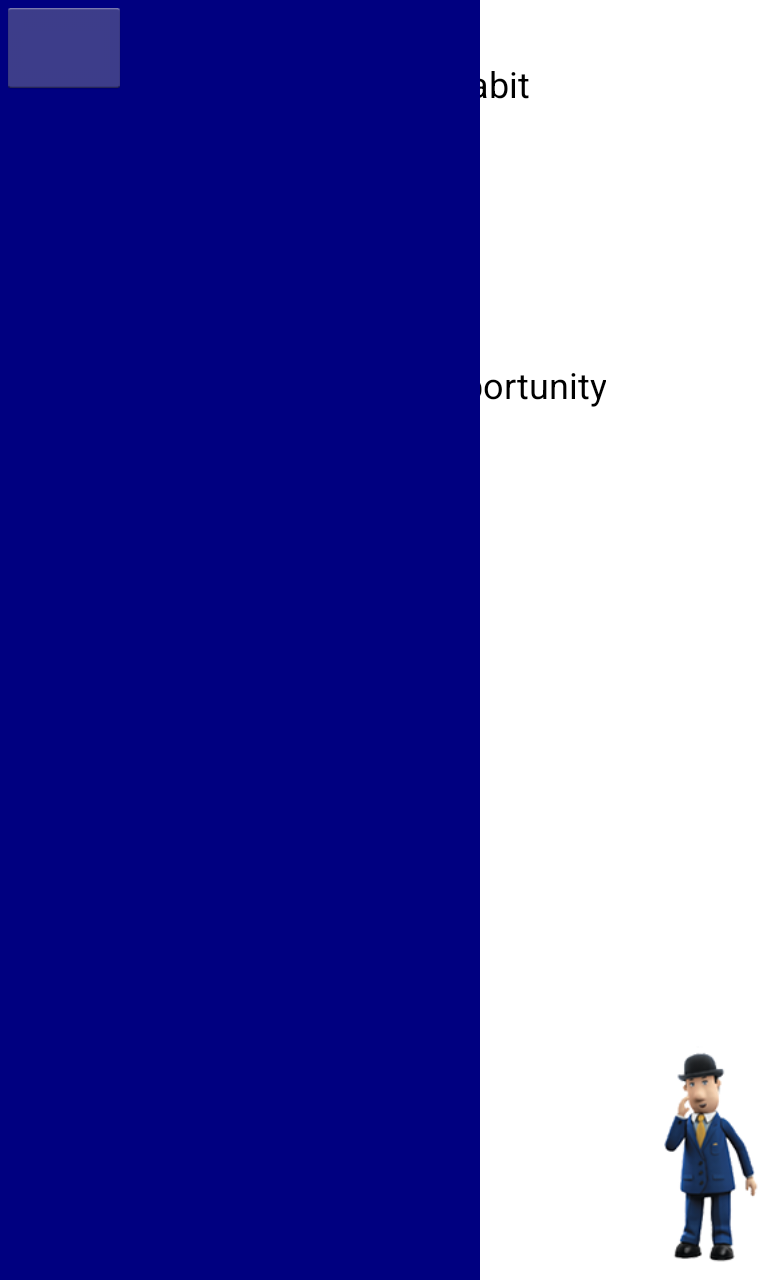
Repository: derek-zhan/RBCPrototypeChallenge
Layout: RBCPrototype/res/layout/activity_menu.xml
These files come from the project's save history. The layout is drawn as it stood at one moment and after the next save; the edit follows.
It is drawn on a 768 x 1280 px phone screen (xhdpi) without system bars, with theme AppTheme; the app's code is not run. Lists and similar views that code fills are empty.

Above is the layout before, as saved 2014-06-03 21:55:04.

### RBCPrototype/res/layout/activity_menu.xml
<android.support.v4.widget.DrawerLayout xmlns:android="http://schemas.android.com/apk/res/android"
    android:id="@+id/drawer_layout"
    android:layout_width="match_parent"
    android:layout_height="match_parent" >



    <RelativeLayout
       xmlns:tools="http://schemas.android.com/tools"
       android:layout_width="match_parent"
       android:layout_height="match_parent"
       android:id="@+id/menu_relative_layout"
    >
    	<Button
    		android:id="@+id/analyzing_button"
    		android:layout_marginLeft="50dp"
    		android:layout_marginTop="10dp"
    		android:layout_width="wrap_content"
    		android:layout_height="wrap_content"
    		android:layout_alignParentLeft="true"
    		android:drawableLeft="@drawable/icon_analyzing"
    		android:background="@null"
    		android:text="@string/analyzing_button_text"/>
    	<Button
    		android:id="@+id/cashflow_button"
    		android:layout_marginLeft="50dp"
    		android:layout_marginTop="10dp"
    		android:layout_width="wrap_content"
    		android:layout_height="wrap_content"
    		android:layout_below="@id/analyzing_button"
    		android:layout_alignParentLeft="true"
    		android:drawableLeft="@drawable/icon_cashflow"
    		android:background="@null"
    		android:text="@string/cashflow_button_text"/>
    	<Button
    		android:id="@+id/expenses_button"
    		android:layout_marginLeft="50dp"
    		android:layout_marginTop="10dp"
    		android:layout_width="wrap_content"
    		android:layout_height="wrap_content"
    		android:layout_below="@id/cashflow_button"
    		android:layout_alignParentLeft="true"
    		android:drawableLeft="@drawable/icon_expenses"
    		android:background="@null"
    		android:text="@string/expenses_button_text"/>
    	<Button
    		android:id="@+id/suggestions_button"
    		android:layout_marginLeft="50dp"
    		android:layout_marginTop="10dp"
    		android:layout_width="wrap_content"
    		android:layout_height="wrap_content"
    		android:layout_below="@id/expenses_button"
    		android:layout_alignParentLeft="true"
    		android:drawableLeft="@drawable/icon_suggestions"
    		android:background="@null"
    		android:text="@string/suggestions_button_text"/>
    	<ImageButton
        android:id="@+id/rbc_man"
        android:layout_width="wrap_content"
        android:layout_height="wrap_content"
        android:layout_alignParentRight="true"
        android:layout_alignParentBottom="true"
        android:src="@drawable/whisper_arbie"
        android:background="@null"/>


    </RelativeLayout>
    <FrameLayout
        android:id="@+id/content_frame"
        android:layout_width="match_parent"
        android:layout_height="match_parent" />

    <RelativeLayout
        android:layout_width="match_parent"
        android:layout_height="match_parent"
        >

    <ListView
        android:id="@+id/left_drawer"
        android:layout_width="240dp"
        android:layout_height="match_parent"
        android:layout_gravity="start"
        android:background="@color/navy"
        android:choiceMode="singleChoice"
        android:divider="@android:color/transparent"
        android:dividerHeight="0dp" />

    <Button
        android:layout_width="wrap_content"
        android:layout_height="wrap_content"
    />

    </RelativeLayout>

</android.support.v4.widget.DrawerLayout>

### RBCPrototype/res/values/strings.xml
<?xml version="1.0" encoding="utf-8"?>
<resources>

    <string name="app_name">RBCPrototype</string>
    <string name="hello_world">Hello world!</string>
    <string name="action_settings">Settings</string>
    <string name="title_activity_main">MainActivity</string>
    <string name="app_id">487693571361090</string>
    <string name="title_activity_menu">Pages</string>
    <string name="analyzing_button_text">My Spending Habit</string>
    <string name="cashflow_button_text">Cash Flow</string>
    <string name="expenses_button_text">Investment Opportunity</string>
    <string name="suggestions_button_text">Others</string>


    <string-array name="navigation_drawer_items_array">
        <item>Pages</item>
        <item>My Spending Habit</item>
        <item>Cash Flow</item>
        <item>Investment Oppoturnity</item>
    </string-array>

    <string name="title_section1">Section 1</string>
    <string name="title_section2">Section 2</string>
    <string name="title_section3">Section 3</string>
    <string name="drawer_open">Open navigation drawer</string>
    <string name="drawer_close">Close navigation drawer</string>
    <string name="action_example">Example action</string>

</resources>

### RBCPrototype/res/values/color.xml
<?xml version="1.0" encoding="utf-8"?>
<resources>

 <color name="white">#FFFFFF</color>
 <color name="yellow">#FFFF00</color>
 <color name="fuchsia">#FF00FF</color>
 <color name="red">#FF0000</color>
 <color name="silver">#C0C0C0</color>
 <color name="gray">#808080</color>
 <color name="olive">#808000</color>
 <color name="purple">#800080</color>
 <color name="maroon">#800000</color>
 <color name="aqua">#00FFFF</color>
 <color name="lime">#00FF00</color>
 <color name="teal">#008080</color>
 <color name="green">#008000</color>
 <color name="blue">#0000FF</color>
 <color name="navy">#000080</color>
 <color name="black">#000000</color>



</resources>

Loaded but not shown: RBCPrototype/res/values/styles.xml (common file); RBCPrototype/res/values-v11/styles.xml (common file); RBCPrototype/res/values-v14/styles.xml (common file)

After the next save:
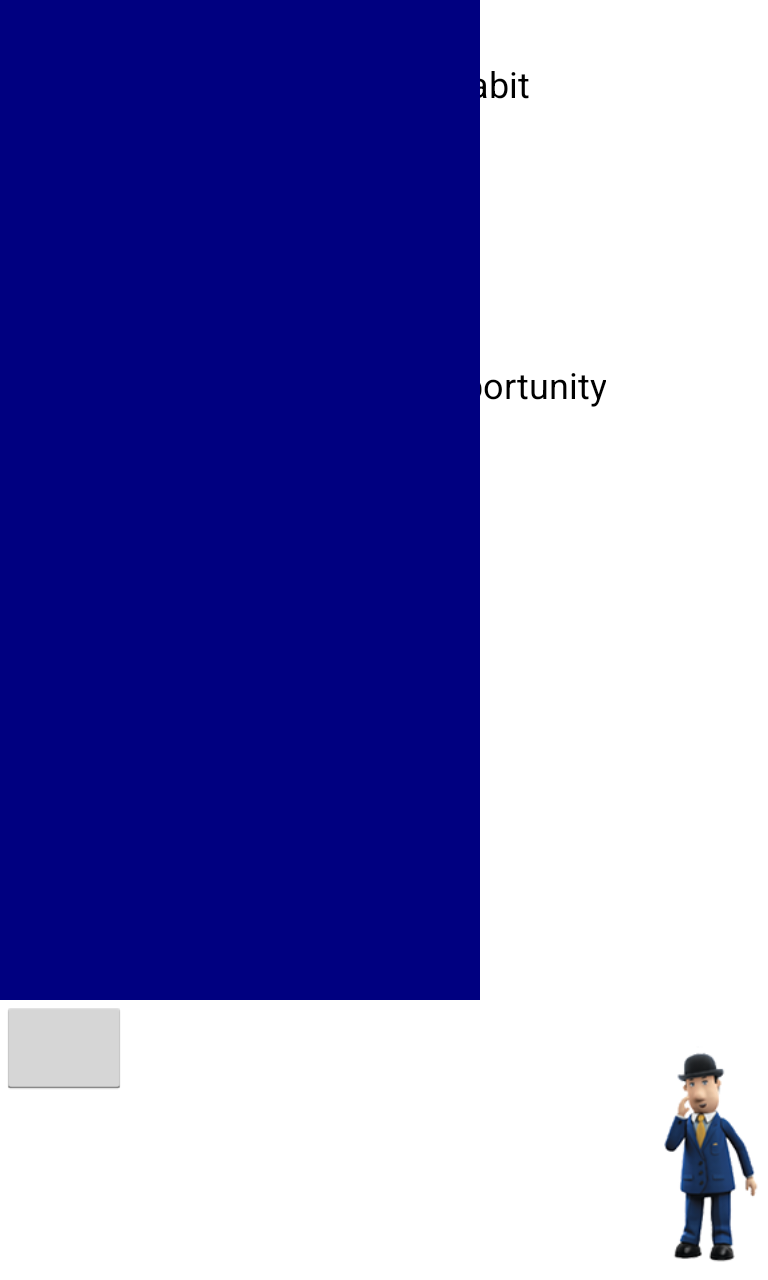
Saved 119 s later.
--- a/RBCPrototype/res/layout/activity_menu.xml
+++ b/RBCPrototype/res/layout/activity_menu.xml
@@ -78,7 +78,7 @@
     <ListView
         android:id="@+id/left_drawer"
         android:layout_width="240dp"
-        android:layout_height="match_parent"
+        android:layout_height="500dp"
         android:layout_gravity="start"
         android:background="@color/navy"
         android:choiceMode="singleChoice"
@@ -88,6 +88,7 @@
     <Button
         android:layout_width="wrap_content"
         android:layout_height="wrap_content"
+        android:layout_below="@+id/left_drawer"
     />
 
     </RelativeLayout>
